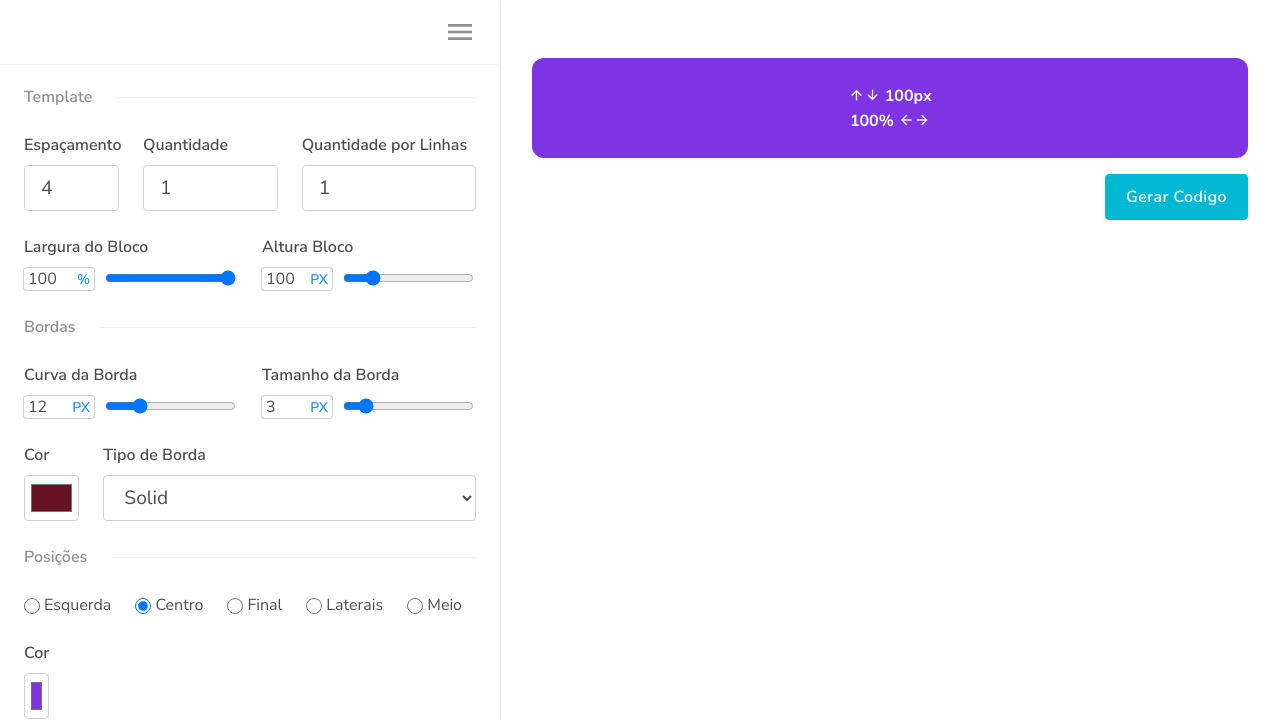
Repository: Flintdl/lowcode-elements
Page: /
The author's editor kept a copy of each file at every save. The page is drawn from the files as they stood at one save, then again after the next save.
The browser window is 1280 px wide. The pictures show the whole page.
The project was rebuilt for these pictures with package versions that can differ from the ones it lists, and the page was loaded fresh each time. Also part of the build but not shown: vue.config.js.

Above is the page before, as saved 2022-04-05 16:03:29.

After the next save:
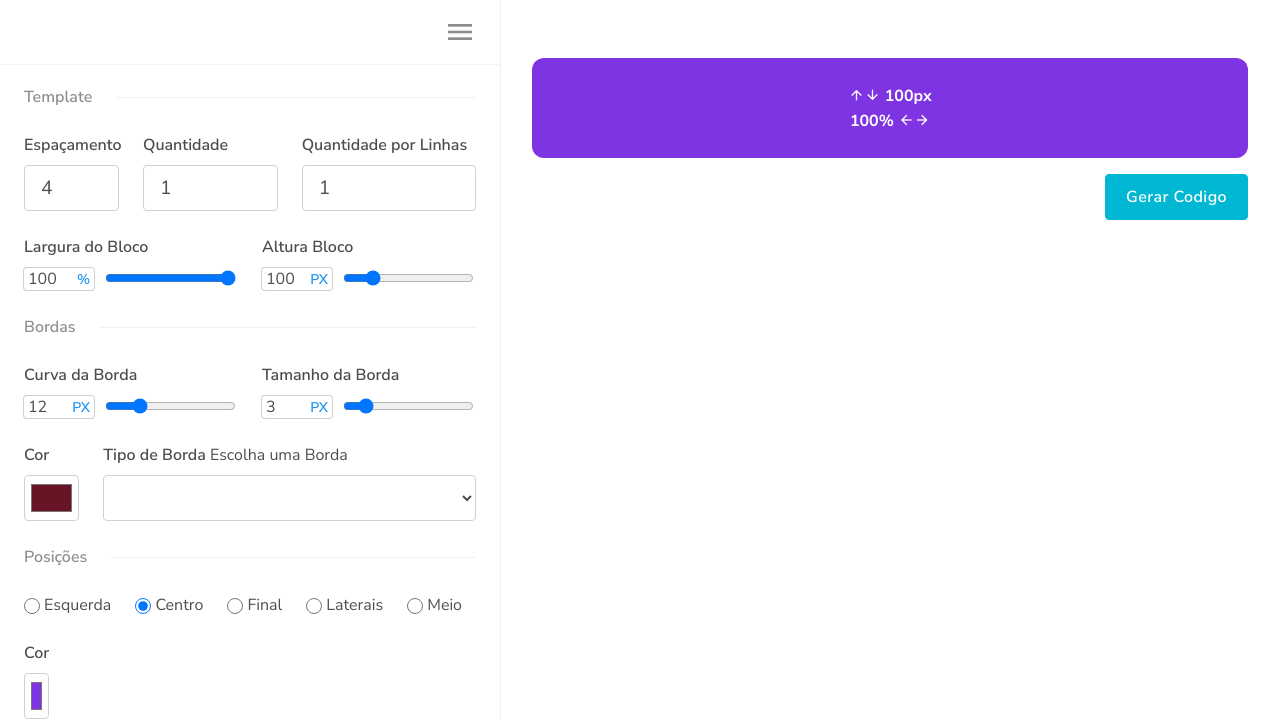
Saved 23 s later.
--- a/src/components/templates/InputBorderTipoBloco.vue
+++ b/src/components/templates/InputBorderTipoBloco.vue
@@ -1,10 +1,10 @@
 <template>
   <div class="sf-col-10 sf-form-group">
     <label class="sf-label">Tipo de Borda</label>
-    {{ items.value }}
+    {{ valorInput }}
     <select
       id="inputBorderTipo"
-      v-model="items.value"
+      v-model="control"
       :items="items"
       item-text="label"
       item-value="value"
